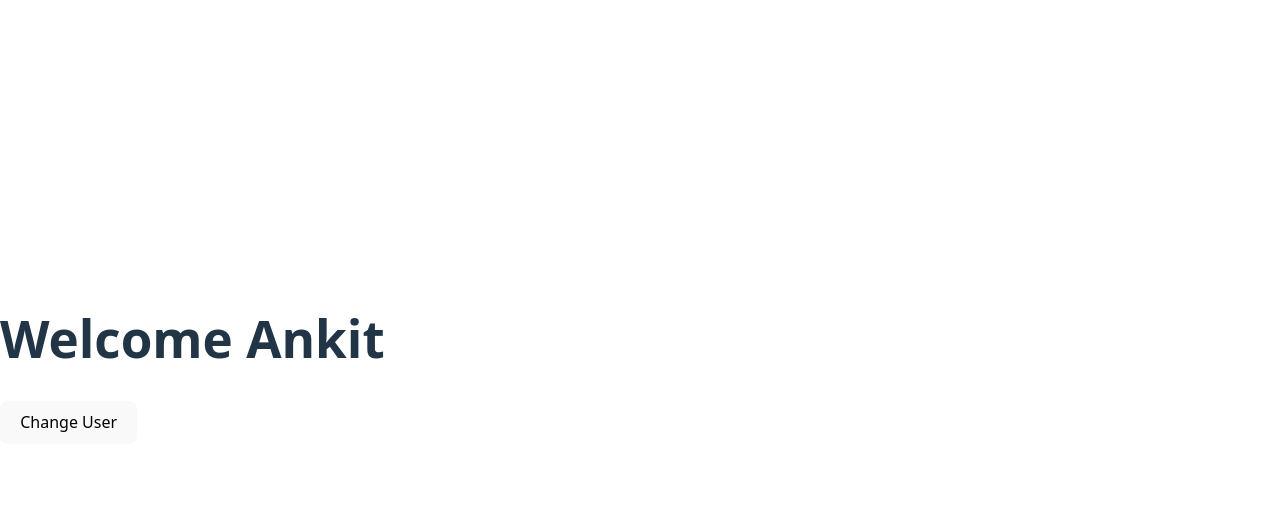
Repository: ankitgujre01/myAppContext2
Page: /
An editor plug-in stored every save of this project. The page is shown before and after the next save, followed by the edit.
The browser window is 1280 px wide. The pictures show the whole page.
The project was rebuilt for these pictures with package versions that can differ from the ones it lists, and the page was loaded fresh each time. Also part of the build but not shown: vite.config.js.

Above is the page before, as saved 2025-04-16 17:39:41.

After the next save:
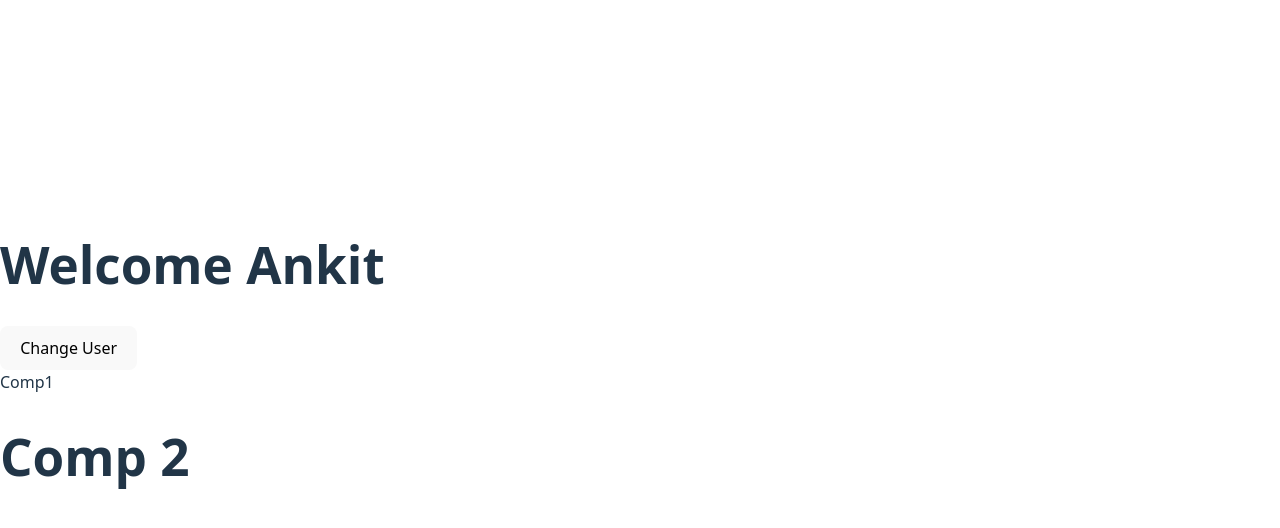
Saved 17 s later.
--- a/src/Comp1.jsx
+++ b/src/Comp1.jsx
@@ -1,11 +1,11 @@
 import React from 'react'
-
-const Comp1 = () => {
-  return (
-      // <div>Comp1</div>
+import Comp2 from './Comp2';
+const Comp1 = ({user}) => {
+    return (
       <>
-
-      </>
+      <div>Comp1</div>
+            <Comp2 user={user} />
+            </>
   )
 }
 
